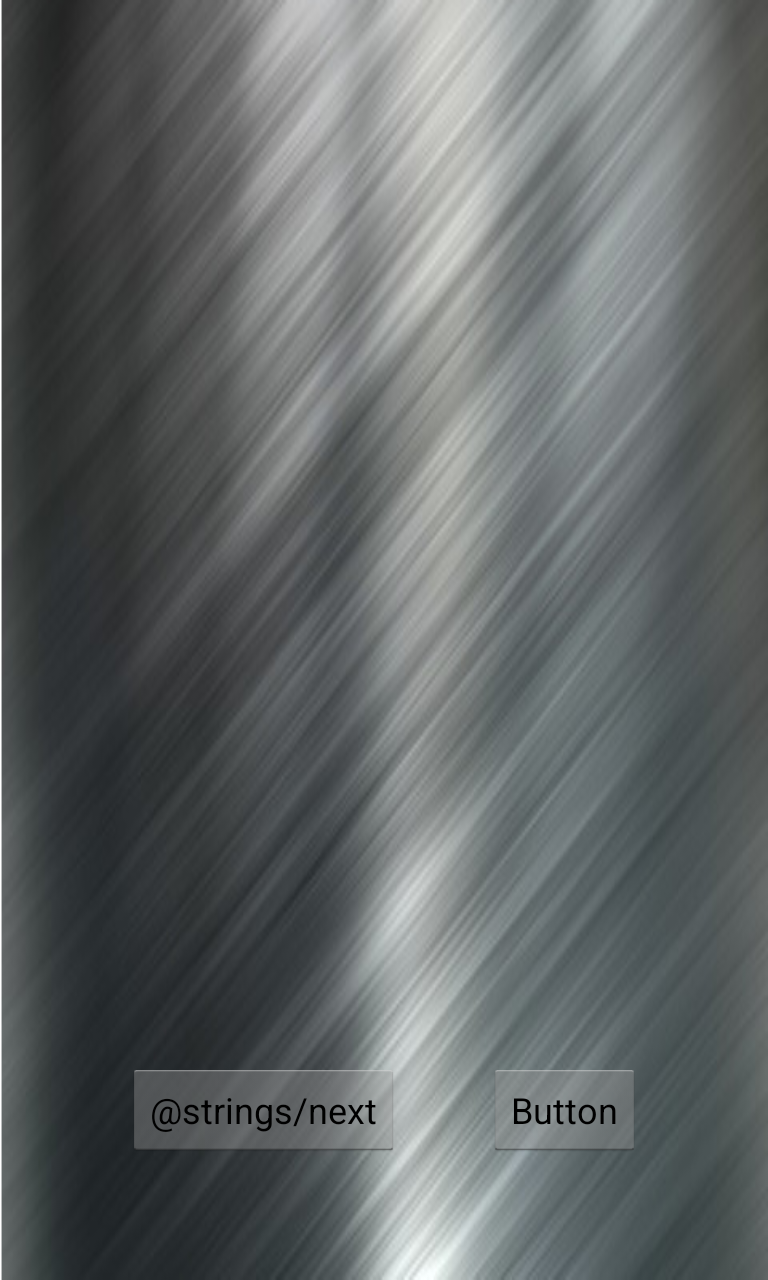
Repository: KrzysztofWolinski/WiesFight_Project
Layout: WiesFight/res/layout/activity_tutarial.xml
These files come from the project's save history. The layout is drawn as it stood at one moment and after the next save; the edit follows.
It is drawn on a 768 x 1280 px phone screen (xhdpi) without system bars, with theme AppTheme; the app's code is not run.

Above is the layout before, as saved 2014-11-17 18:17:44.

After the next save:
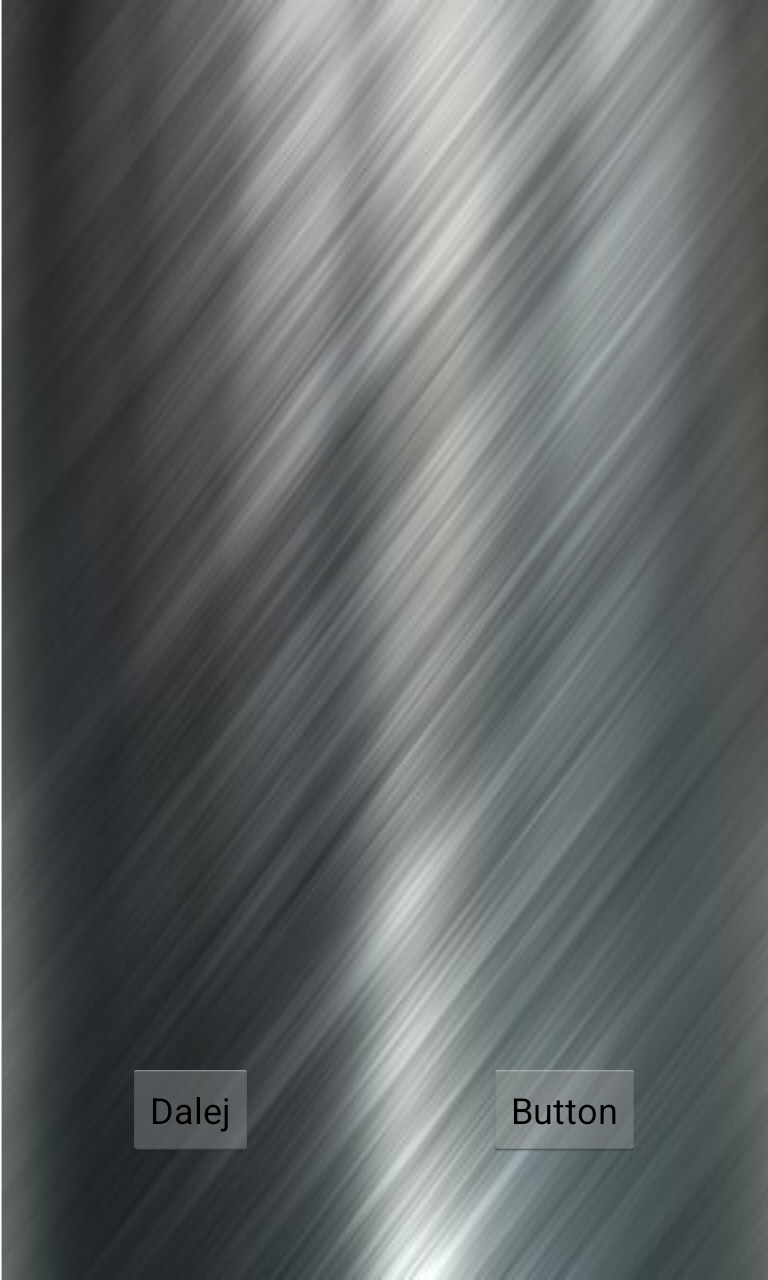
Saved 8 s later.
--- a/WiesFight/res/layout/activity_tutarial.xml
+++ b/WiesFight/res/layout/activity_tutarial.xml
@@ -17,7 +17,7 @@
         android:layout_alignParentLeft="true"
         android:layout_marginBottom="45dp"
         android:layout_marginLeft="47dp"
-        android:text="@strings/next" />
+        android:text="@string/next" />
 
     <Button
         android:id="@+id/button2"
